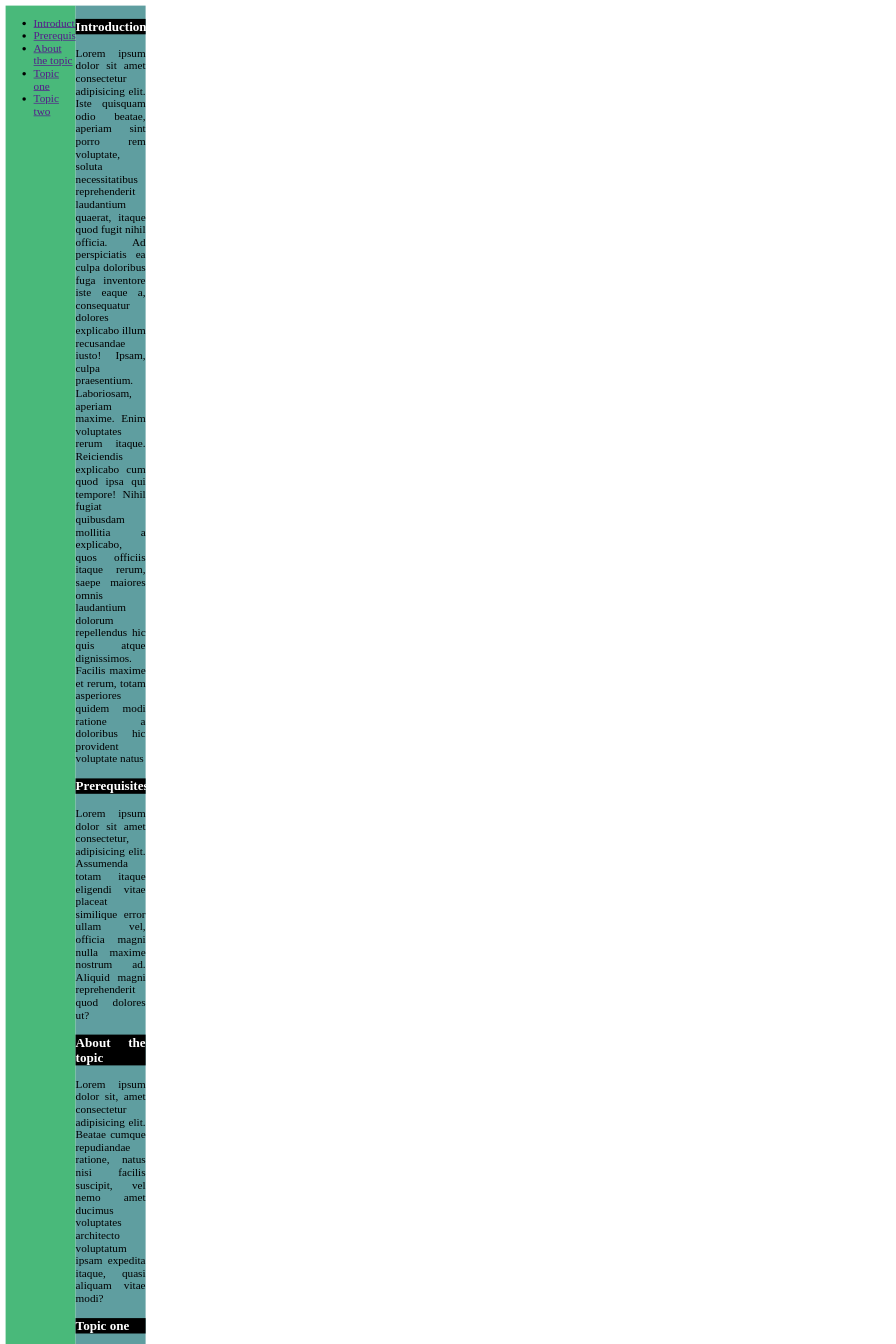
Repository: JoaoLemesDEV/Excercise-Tech-Documentation-Page
Page: index.html
These files come from the project's save history. The page is drawn as it stood at one moment and after the next save; the edit follows.
The browser window is 1280 px wide. The pictures show the part of the page from y = 0 to 1920 px (the page is 2737 px tall before and 720 px after), at 70% of full size.

Above is the page before, as saved 2021-10-03 21:29:02.

### index.html
<!DOCTYPE html>
<html lang="en">
  <head>
    <meta charset="UTF-8" />
    <meta http-equiv="X-UA-Compatible" content="IE=edge" />
    <meta name="viewport" content="width=device-width, initial-scale=1.0" />
    <title>Technical Documentaion</title>
    <link rel="stylesheet" href="index.css" />
  </head>
  <body>
    <div class="wrapper">
      <header><h4>Technical Documentation</h4></header>
      <aside>
        <nav>
          <ul>
            <li><a href="">Introduction</a></li>
            <li><a href="">Prerequisites</a></li>
            <li><a href="">About the topic</a></li>
            <li><a href="">Topic one</a></li>
            <li><a href="">Topic two</a></li>
          </ul>
        </nav>
      </aside>
      <main>
        <section id="introduction">
          <h3 style="background: black; color: white">Introduction</h3>
          <p>
            Lorem ipsum dolor sit amet consectetur adipisicing elit. Iste
            quisquam odio beatae, aperiam sint porro rem voluptate, soluta
            necessitatibus reprehenderit laudantium quaerat, itaque quod fugit
            nihil officia. Ad perspiciatis ea culpa doloribus fuga inventore
            iste eaque a, consequatur dolores explicabo illum recusandae iusto!
            Ipsam, culpa praesentium. Laboriosam, aperiam maxime. Enim
            voluptates rerum itaque. Reiciendis explicabo cum quod ipsa qui
            tempore! Nihil fugiat quibusdam mollitia a explicabo, quos officiis
            itaque rerum, saepe maiores omnis laudantium dolorum repellendus hic
            quis atque dignissimos. Facilis maxime et rerum, totam asperiores
            quidem modi ratione a doloribus hic provident voluptate natus
          </p>
        </section>
        <section id="Prerequisites">
          <h3 style="background: black; color: white">Prerequisites</h3>
          <p>
            Lorem ipsum dolor sit amet consectetur, adipisicing elit. Assumenda
            totam itaque eligendi vitae placeat similique error ullam vel,
            officia magni nulla maxime nostrum ad. Aliquid magni reprehenderit
            quod dolores ut?
          </p>
        </section>
        <section id="about the topic">
          <h3 style="background: black; color: white">About the topic</h3>
          <p>
            Lorem ipsum dolor sit, amet consectetur adipisicing elit. Beatae
            cumque repudiandae ratione, natus nisi facilis suscipit, vel nemo
            amet ducimus voluptates architecto voluptatum ipsam expedita itaque,
            quasi aliquam vitae modi?
          </p>
        </section>
        <section id="topic one">
          <h3 style="background: black; color: white">Topic one</h3>
          <p>
            Lorem ipsum dolor sit, amet consectetur adipisicing elit.
            Consectetur modi quidem minima, reprehenderit autem itaque, in
            voluptas laudantium quam ratione animi fuga voluptatum aut beatae
            dolorem velit soluta? Amet, quo.
          </p>
        </section>
        <section id="topic two">
          <h3 style="background: black; color: white">Topic two</h3>
          <p>
            Lorem ipsum dolor sit amet consectetur adipisicing elit. Quia,
            possimus fugit deleniti, maiores asperiores non dolores optio magnam
            aspernatur amet dolore ipsum in quaerat assumenda neque totam sunt
            odit dolorum.
          </p>
        </section>
      </main>
    </div>
  </body>
</html>

### index.css
.wrapper {
    display: grid;
    grid-template-columns: 100px 100px 200px;
    //grid-template-rows: 150px 150px;
}

header{
  background-color: yellow;
  height: 100px;
  grid-column-start: 1;
  grid-column-end: 3;
}

aside{
background-color: rgb(73, 185, 122);
grid-row-start: 1;
grid-row-end: 2;
}

main{
  background-color: cadetblue;
  text-align: justify;
  grid-row-start: 1;
  grid-row-end: 2;
}

After the next save:
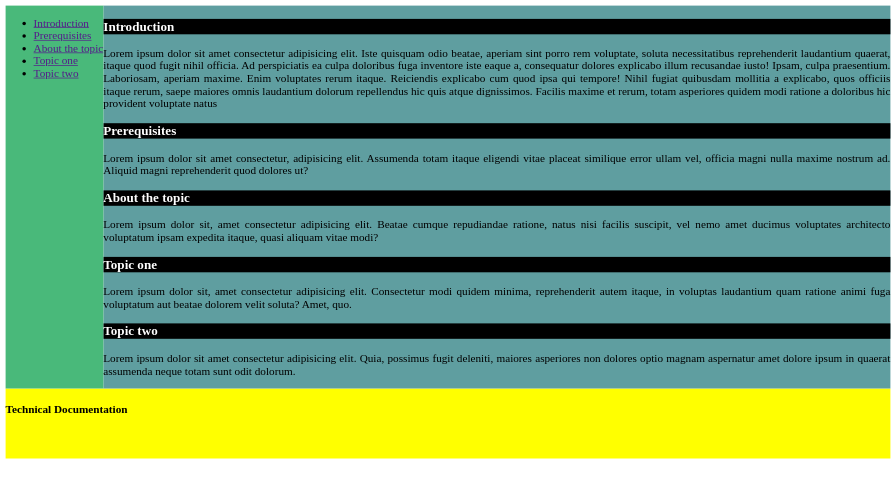
Saved 9 s later.
--- a/index.css
+++ b/index.css
@@ -1,6 +1,6 @@
 .wrapper {
     display: grid;
-    grid-template-columns: 100px 100px 200px;
+    //grid-template-columns: 100px 100px 200px;
     //grid-template-rows: 150px 150px;
 }
 
